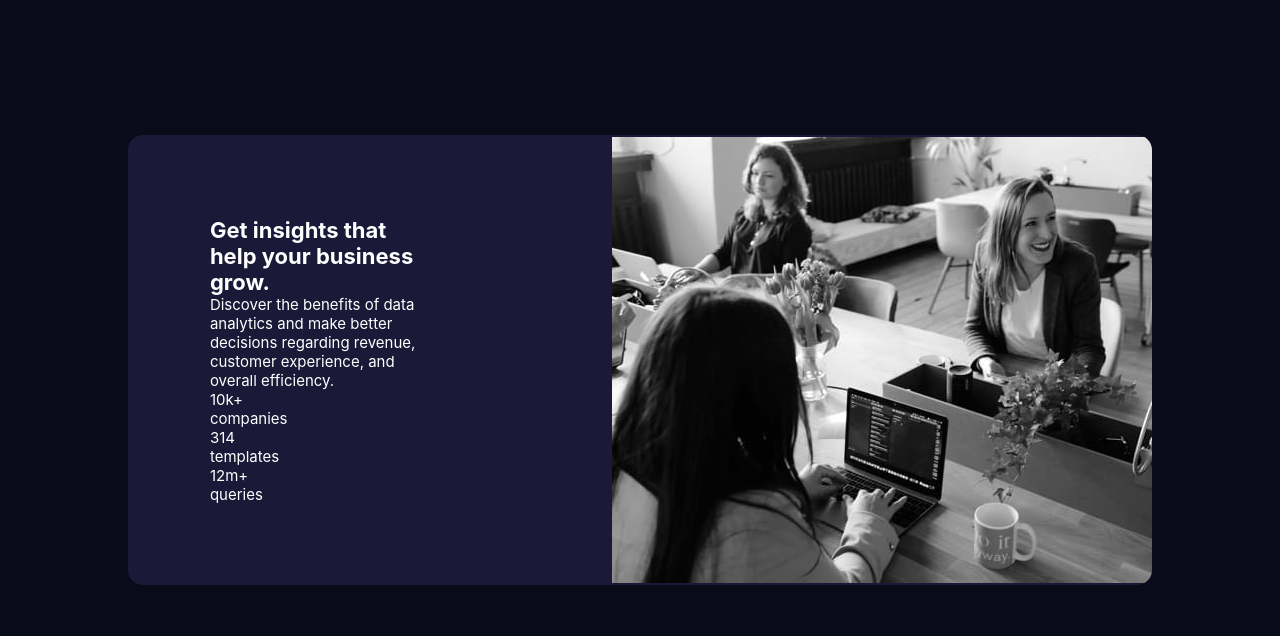
Repository: superZXMzzl/FrontendMentor
Page: stats-preview-card-component-main/index.html
These files come from the project's save history. The page is drawn as it stood at one moment and after the next save; the edit follows.
The browser window is 1280 px wide. The pictures show the whole page.

Above is the page before, as saved 2022-05-09 18:45:31.

### stats-preview-card-component-main/index.html
<!DOCTYPE html>
<html lang="en">
<head>
  <meta charset="UTF-8">
  <meta name="viewport" content="width=device-width, initial-scale=1.0"> <!-- displays site properly based on user's device -->

  <link rel="icon" type="image/png" sizes="32x32" href="./images/favicon-32x32.png">
  <link rel="stylesheet" href="./style.css">
  <title>Frontend Mentor | Stats preview card component</title>
</head>
<body>
  <div class="container">
    <div class="left">
      <p class="title">Get insights that help your business grow.</p>
      <p class="description">Discover the benefits of data analytics and make better decisions regarding revenue, customer
        experience, and overall efficiency.</p>
      <div class="sta">
        <div class="staInfo">
          <p class="staTitle">10k+</p>
          <p class="staDetail">companies</p>
        </div>
        <div class="staInfo">
          <p class="staTitle">314</p>
          <p class="staDetail">templates</p>
        </div>
        <div class="staInfo">
          <p class="staTitle">12m+</p>
          <p class="staDetail">queries</p>
        </div>
      </div>
    </div>
    <img src="./images/image-header-desktop.jpg" class="image">
  </div>
</body>
</html>

### stats-preview-card-component-main/style.css
* {
    font-size: 15px;
    font-family: 'Inter', sans-serif;
    font-weight: 400;
    margin: 0;
    padding: 0;
    box-sizing: border-box;
    color: white;
}

body {
    background-color: hsl(233, 47%, 7%);
    min-height: 100vh;
    background-size: contain;
    display: flex;
    align-items: center;
}

.container{margin: 0 10%;
    display: flex;
    text-align: left;
    align-items: center;
    background-color: hsl(244, 38%, 16%);
    border-radius: 15px;
    overflow: hidden;
    column-gap: 10%;
}

.left{
    padding: 8%;
}

.title{
    font-size: 22px;
    font-weight: bolder;
}

.image{
    background-color: hsl(277, 64%, 61%);
}

After the next save:
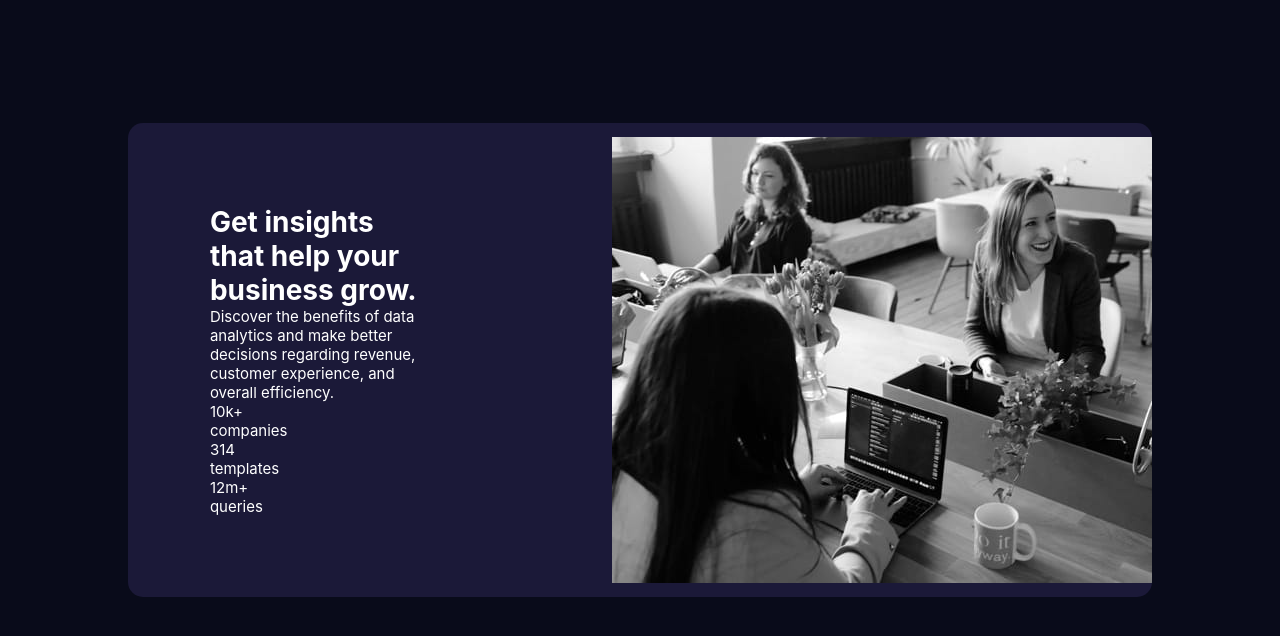
Saved 6 s later.
--- a/stats-preview-card-component-main/style.css
+++ b/stats-preview-card-component-main/style.css
@@ -31,7 +31,7 @@ body {
 }
 
 .title{
-    font-size: 22px;
+    font-size: 28px;
     font-weight: bolder;
 }
 
